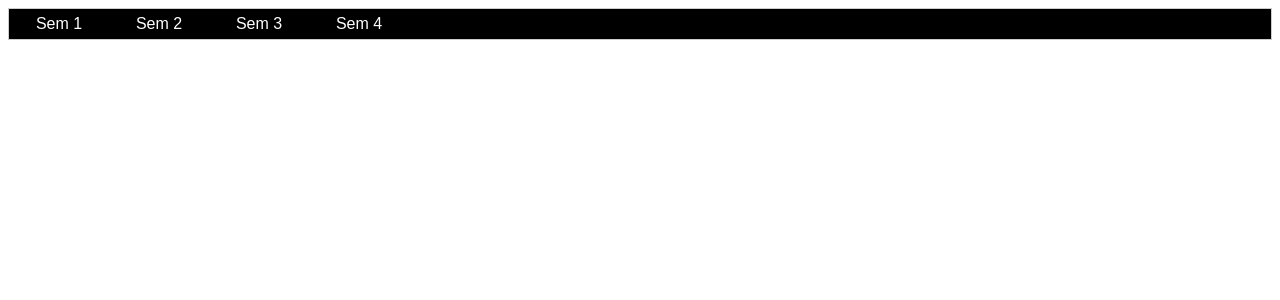
Repository: congle98/CSS_MenuNgangCoBan
Page: index.html
The author's editor kept a copy of each file at every save. The page is drawn from the files as they stood at one save, then again after the next save.
The browser window is 1280 px wide. The pictures show the whole page.
The pointer rests on the first visible `#menu ul li`.

Above is the page before, as saved 2021-05-26 14:56:07.

### index.html
<!DOCTYPE html>
<html lang="en">
<head>
    <meta charset="UTF-8">
    <title>Title</title>
    <link rel="stylesheet" href="style.css">
</head>
<body>
<div id="menu">
    <ul>

        <li><a href="#">Sem 1</a>
            <ul>
                <li><a href="#">Computing Fundametal</a></li>
                <li><a href="#">C Programming</a></li>
                <li><a href="#">Building Dynamic Website</a></li>
                <li><a href="#">MS Transact-SQL</a></li>
                <li><a href="#">Project</a></li>
            </ul>
        </li>
        <li><a href="#">Sem 2 </a>
            <ul>
                <li><a href="#">Cloud Computing</a></li>
                <li><a href="#">APJ - I</a></li>
                <li><a href="#">APJ - II</a></li>
                <li><a href="#">APJ - III</a></li>
                <li><a href="#">eProject</a></li>
            </ul>
        </li>
        <li><a href="#">Sem 3</a></li>
        <li><a href="#">Sem 4</a></li>

    </ul>
</div>
</body>
</html>

### style.css
body{
    font-family: Arial;
}

#menu{
    height: 30px;
    padding:0;
    margin:0;
    background-color: #000000;
    border: 1px solid #CDCDCD;
}

#menu ul, #menu li{
    padding:0;
    margin:0;
}
#menu li{
    position: relative;
    float: left;
    list-style: none;
    margin: 0;
    padding:0;
}
#menu li a {
    width: 100px;
    height: 30px;
    display: block;
    text-decoration: none;
    text-align: center;
    line-height: 30px;
    background-color: black;
    color: white;
}
#menu ul ul li a {
    width: 200px;
    text-align: left;
    padding-left: 10px;

}
#menu li a:hover{
    background-color: red;
}
#menu ul ul{
    position: absolute;
    top: 30px;
    left: 15px;
    visibility: hidden;
}

After the next save:
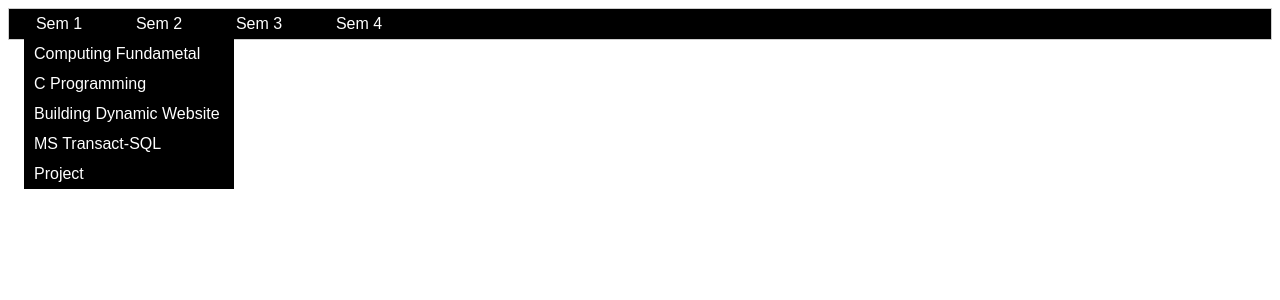
Saved 9 s later.
--- a/style.css
+++ b/style.css
@@ -46,3 +46,6 @@ body{
     left: 15px;
     visibility: hidden;
 }
+#menu ul li:hover ul{
+    visibility: visible;
+}
